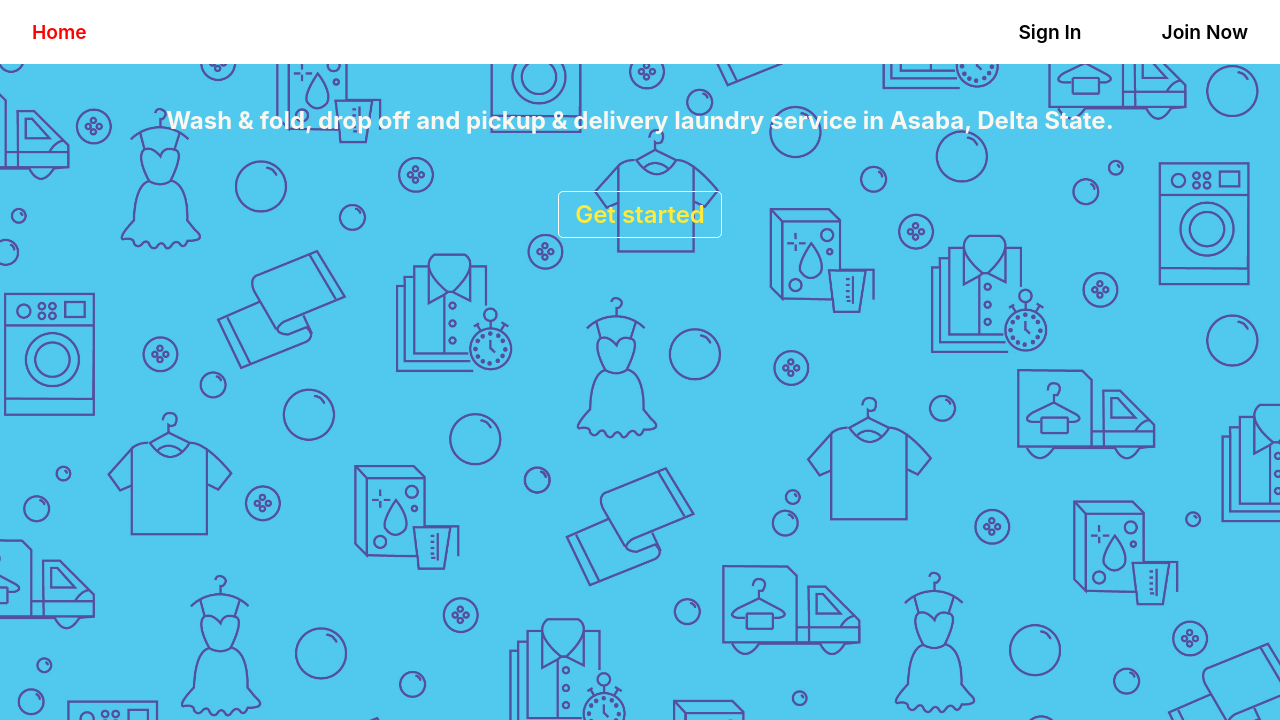
Repository: MikkyPrestige/fake-user-authentication
Page: /
The author's editor kept a copy of each file at every save. The page is drawn from the files as they stood at one save, then again after the next save.
The browser window is 1280 px wide. The pictures show the whole page.
The project was rebuilt for these pictures with package versions that can differ from the ones it lists, and the page was loaded fresh each time.

Above is the page before, as saved 2022-11-19 23:37:50.

### src/index.css
body {
  margin: 0;
  font-family: -apple-system, BlinkMacSystemFont, 'Segoe UI', 'Roboto', 'Oxygen',
    'Ubuntu', 'Cantarell', 'Fira Sans', 'Droid Sans', 'Helvetica Neue',
    sans-serif;
  -webkit-font-smoothing: antialiased;
  -moz-osx-font-smoothing: grayscale;
  background-image: url(./assets/img/pattern_blue-1.jpg);
  background-repeat: no-repeat;
  background-size: cover;
  background-position: center;
  background-attachment: fixed;
}

code {
  font-family: source-code-pro, Menlo, Monaco, Consolas, 'Courier New',
    monospace;
}

### src/App.jsx
import React from "react";
import { Route, Routes } from "react-router-dom";
import { Home, Navigation } from "./components";

function App() {
  return (
    <div className="App">
      <Navigation />
      <Routes>
      <Route path="/" element={< Home />} />
      </Routes>
    </div>
  );

}

export default App;

### src/components/index.js
export { default as Home } from './home';
export { default as Navigation } from './navigation';

### src/components/home.jsx
// HOME COMPONENT - This is the main component for the home page
// It contains the main content for the home page

import React from 'react';
import { Link } from 'react-router-dom';
import "../assets/styles/home.css";

const Home = () => {
    return (
        <div className="home">
            <div className="home__content">
                <h1 className="home__title">Connect to your Dry Cleaner</h1>
                <p className="home__description">Wash & fold, drop off and pickup & delivery laundry service in Asaba, Delta State.</p>
                <Link to="/" className="home__link">Get started</Link>
            </div>
        </div>
    )
}

export default Home;

### src/components/navigation.jsx
// NAVIGATION COMPONENT

import React from "react";
import { NavLink } from "react-router-dom";
import "../assets/styles/navigation.css";

const Navigation = () => {
  return (
    <div className="navigation">
      <nav className="navigation__links">
        <div className="navigation--link">
          <NavLink
            style={({ isActive }) =>
              isActive ? { color: "red" } : { color: "black" }
            }
            to="/"
            className="navigation__link--item"
            exact
          >
            Home
          </NavLink>
        </div>
        <div className="navigation__link--wrapper">
          <NavLink
            style={({ isActive }) =>
              isActive ? { color: "red" } : { color: "black" }
            }
            to="/signIn"
            className="navigation__link--item"
          >
            Sign In
          </NavLink>
          <NavLink
            style={({ isActive }) =>
              isActive ? { color: "red" } : { color: "black" }
            }
            to="/join"
            className="navigation__link--item"
          >
            Join Now
          </NavLink>
        </div>
      </nav>
    </div>
  );
};

export default Navigation;

### src/assets/styles/home.css
.home {
  background: url(../img/pattern_blue-1.jpg) no-repeat cover center fixed;
  height: 100vh;
  color:  #fff;
}

.home__content {
  display: flex;
  flex-direction: column;
  /* justify-content: center; */
  align-items: center;
  height: 100%;
}

.home__title {

}

.home__description {
  font-size: 1.5rem;
  font-weight: 700;
  color: #FAF7F0;
}

.home__link {
  text-decoration: none;
  color: #FFEB3B;
  font-size: 1.5rem;
  font-weight: 600;
  padding: .5rem 1rem;
  border: 1px solid #fff;
  border-radius: 5px;
  margin-top: 2rem;
}

### src/assets/styles/navigation.css
.navigation {
    background-color: #fff;
    height: 4rem;
    position: fixed;
    top: 0;
    width: 100%;
    z-index: 100;
}

.navigation__links {
    display: flex;
    justify-content: space-between;
    align-items: center;
    height: 100%;
    padding: 0 2rem;
}

.navigation__link--item {
    font-size: 1.2rem;
    font-weight: 600;
    text-decoration: none;
}

.navigation__link--wrapper {
  display: flex;
  align-items: center;
  gap: 5rem;
}

Loaded but not shown: public/index.html (common file); src/index.js (common file)

After the next save:
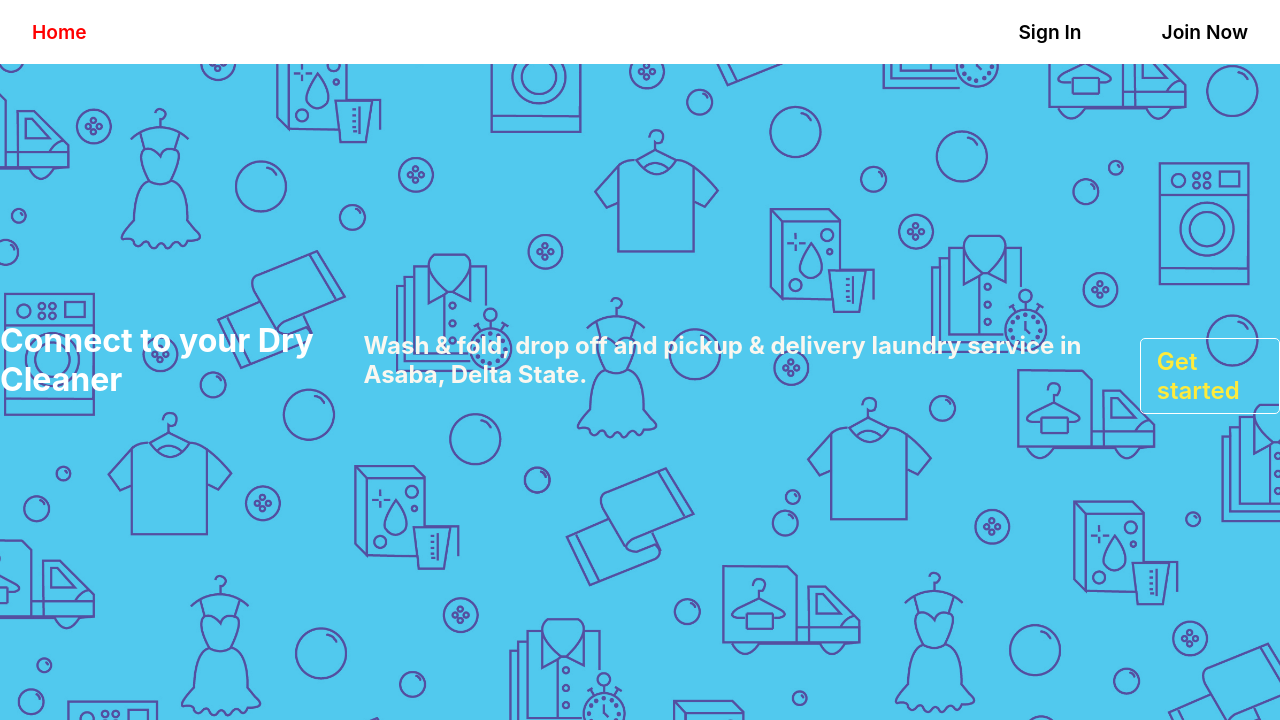
Saved 8 s later.
--- a/src/assets/styles/home.css
+++ b/src/assets/styles/home.css
@@ -6,8 +6,8 @@
 
 .home__content {
   display: flex;
-  flex-direction: column;
-  /* justify-content: center; */
+  /* flex-direction: column; */
+  justify-content: center;
   align-items: center;
   height: 100%;
 }
